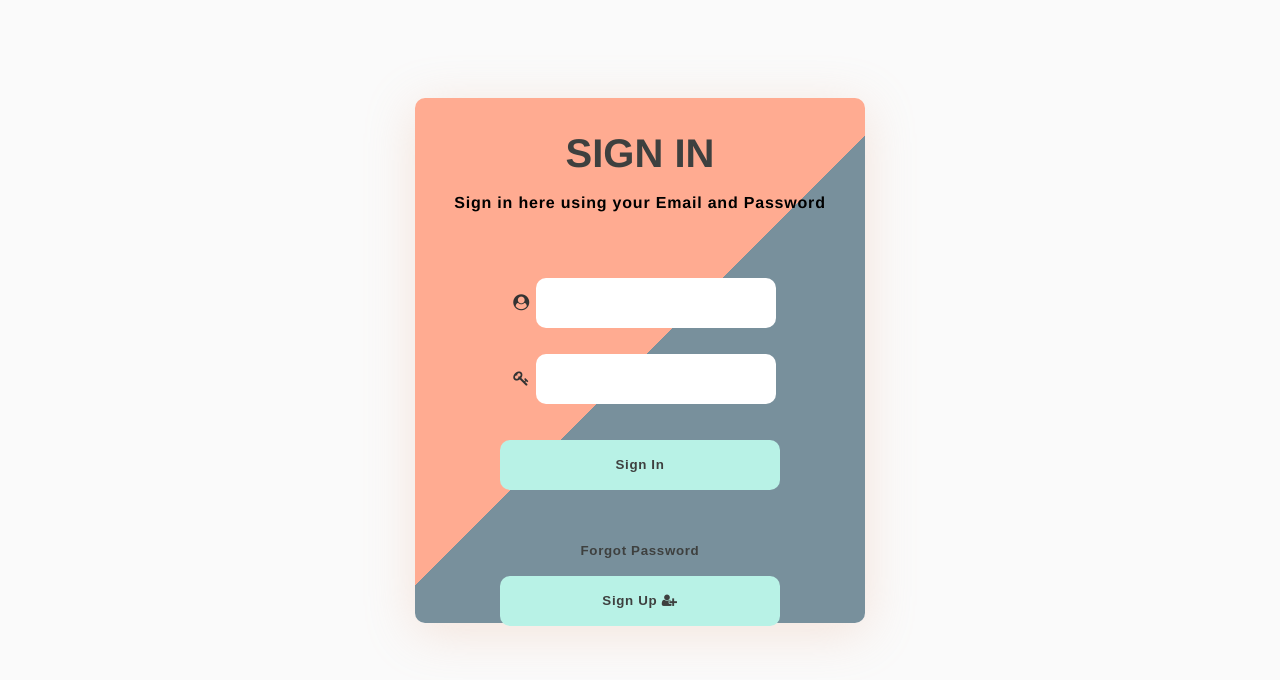
Repository: DhanushPrabha22/Zoho-Mini-Project
Page: http://localhost/ToDo_List/
These files come from the project's save history. The page is drawn as it stood at one moment and after the next save; the edit follows.
The browser window is 1280 px wide. The pictures show the whole page.
Some web libraries are served in a nearby version. The page is served by Tomcat 9. Other server files are loaded and not shown.

Above is the page before, as saved 2021-03-17 06:08:53.

### Todo Eclipse/ToDo_List/WebContent/sign_in.jsp
<!--

index.jsp

java version "1.8.0_45"

Created By Dhanush L

-->

<%@taglib uri="http://struts.apache.org/tags-html" prefix="html"%>

<!DOCTYPE html>
<html>
<head>
	<title>Sign in for your Tasks</title>
	<link rel="stylesheet" type="text/css" href="styles/sign_in.css" />
	<link rel="stylesheet" href="https://cdnjs.cloudflare.com/ajax/libs/font-awesome/4.7.0/css/font-awesome.min.css">
	<script src="https://ajax.googleapis.com/ajax/libs/jquery/2.1.1/jquery.min.js"></script>
	<script src="scripts/sign_in.js"></script>
</head>
<body>
	<div class="main-div">
		<!--   con = Container  for items in the form-->
		<div class="con">
			<!--     Start  header Content  -->
			<header class="head-form">
				<h2>SIGN IN</h2>
				<!--     A welcome message or an explanation of the login form -->
				<br>
				<p><b>Sign in here using your Email and Password</b></p>
			</header>
			<br>
			<div class="field-set">
				<html:form action="signingin" method="post">
					<!--user name -->
					<html:errors property="email_e"/><br>
					<span class="input-item"><i class="fa fa-user-circle"></i></span>
					<html:text styleClass="form-input" property="email"/><br>
					<!--Password -->
					<html:errors property="password_e"/><br>
					<span class="input-item"><i class="fa fa-key"></i></span>
					<html:password styleClass="form-input" property="password"/>
					<br><br><br>
					<html:submit styleClass="sign-up button" value="Sign In"/>
				</html:form>
				<br><br>
				<!--   other buttons -->
				<div class="other">
					<!--      Forgot Password button-->
					<button class="button frgt-pass" onclick="frogotPwd()">Forgot Password</button>
					<!--     Sign Up button -->
					<button class="button sign-up" onclick="create_account()">Sign Up
					<!--         Sign Up font icon -->
					<i class="fa fa-user-plus" aria-hidden="true"></i>
					</button>
					<!--      End Other the Division -->
				</div>
			</div>
		<!--   End Container  -->
		</div>
	<!-- End Form -->
	</div>
</body>
</html>

### Todo Eclipse/ToDo_List/WebContent/styles/sign_in.css

* {
    padding: 0;
    margin: 0;
    box-sizing: border-box;
}

body {
  font-family: Helvetica, san-serif;
  overflow-x: hidden;
  overflow-y: hidden;
  background-color: #fafafa;
}

.main-div{
	box-shadow: 0 9px 50px hsla(20, 67%, 75%, 0.31);
	position: absolute;
	margin: auto;
  	top: 0;
  	right: 0;
  	bottom: 0;
  	left: 0;
	width: 450px;
	background-image: linear-gradient(-225deg, #FFAB91 50%, #78909C 50%);
    height: 525px;
	text-align:center;
    border-radius: 10px;
    padding: 2%;
}

.field-set{
	margin-top: -18px;
}

.other{

}

/* the header form form */
header {
    margin: 2% auto 10% auto;
    text-align: center;
}
/* Login title form form */
header h2 {
    font-size: 250%;
    color: #3e403f;
}
/*  A welcome message or an explanation of the login form */
header p {letter-spacing: 0.05em;}


.input-item {
    background: transparent;
    color: #333;
    padding: 14.5px 0px 15px 9px;
    margin-right: 2px;
}


/* inputs form  */
.form-input{
    width: 240px;
    height: 50px;
    margin-top: 2%;
    padding: 15px;
    font-size: 16px;
    font-family: 'Abel', sans-serif;
    color: #5E6472;
    outline: none;
    border: none;
    border-radius: 10px;
    transition: 0.2s linear;

}

.form-input:focus {
    transform: translateX(-2px);
    border-radius: 5px;
}


.button {
    display: inline-block;
    color: #3e403f;
    width: 280px;
    height: 50px;
    padding: 0 20px;
    background: #fff;
    border-radius: 10px;
    outline: none;
    border: none;
    cursor: pointer;
    text-align: center;
    transition: all 0.2s linear;
    font-weight: bold;
    margin: 0 auto;
    letter-spacing: 0.05em;
}
/* Submits */
.submits {
    width: 48%;
    display: inline-block;
    float: left;
    margin-left: 2%;
}

/* Forgot Password button FAF3DD  */
.frgt-pass {background: transparent;}

/*     Sign Up button  */
.sign-up {background: #B8F2E6;}


/* buttons hover */
.button:hover {
    transform: translatey(3px);
    box-shadow: none;
}

/* buttons hover Animation */
.button:hover {
    animation: ani9 0.4s ease-in-out infinite alternate;
}
@keyframes ani9 {
    0% {
        transform: translateY(3px);
    }
    100% {
        transform: translateY(5px);
    }
}

Loaded but not shown: Todo Eclipse/ToDo_List/WebContent/scripts/sign_in.js (no copy from this time; the picture is the same without it)

After the next save:
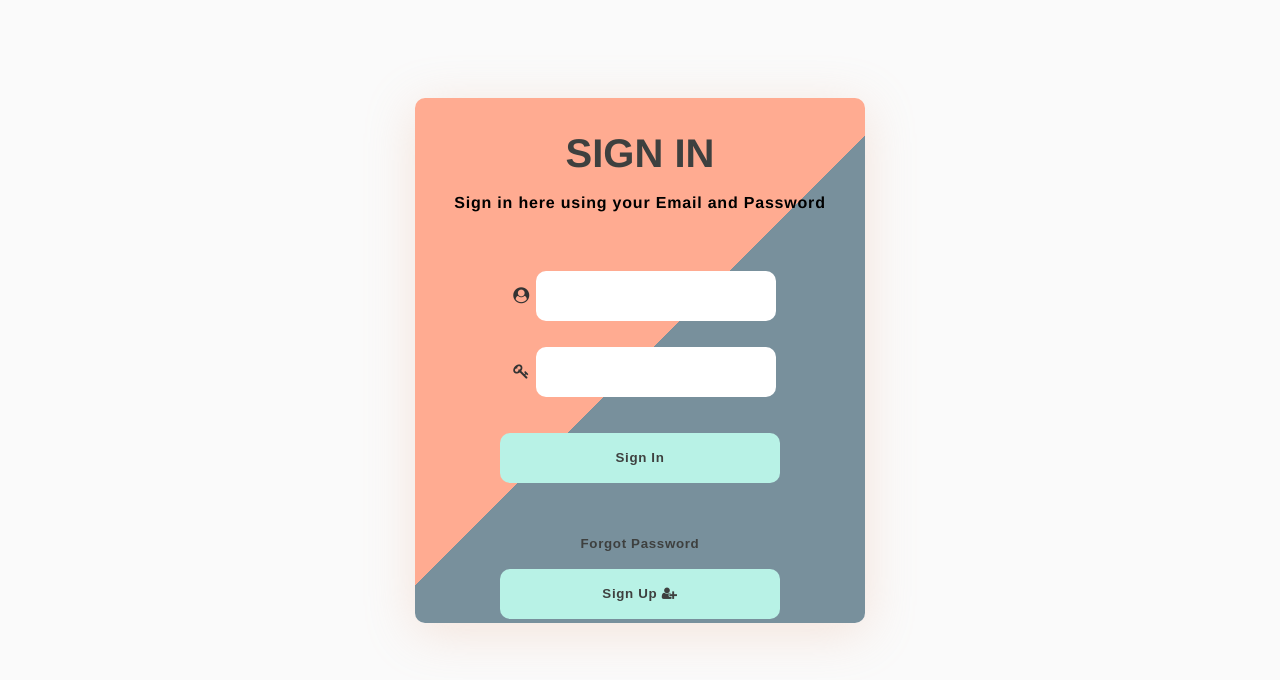
Saved 6 s later.
--- a/Todo Eclipse/ToDo_List/WebContent/styles/sign_in.css
+++ b/Todo Eclipse/ToDo_List/WebContent/styles/sign_in.css
@@ -29,7 +29,7 @@ body {
 }
 
 .field-set{
-	margin-top: -18px;
+	margin-top: -25px;
 }
 
 .other{
